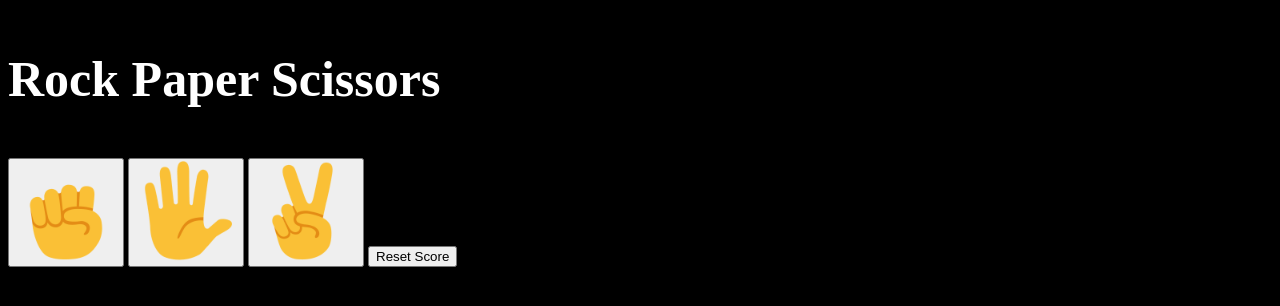
Repository: pgyunknown/Rock_paper_scissors-
Page: index.html
These files come from the project's save history. The page is drawn as it stood at one moment and after the next save; the edit follows.
The browser window is 1280 px wide. The pictures show the whole page.

Above is the page before, as saved 2024-08-30 17:01:59.

### index.html

<!DOCTYPE html>
<html>
  <head>
    <title>Rock Paper Scissors</title>
    <link rel="stylesheet" href="index.css">
  </head>
  <body>
    <p class="title">Rock Paper Scissors</p>
    <button onclick="
      playGame('rock');
    "><img src="images/rock-emoji.png" alt=""></button>

    <button onclick="
      playGame('paper');
    "><img src="images/paper-emoji.png" alt=""></button>

    <button onclick="
      playGame('scissors');
    "><img src="images/scissors-emoji.png" alt=""></button>

    <button onclick="
      score.wins = 0;
      score.losses = 0;
      score.ties = 0;
      localStorage.removeItem('score');
    ">Reset Score</button>

    <script src="index.js">

    </script>
  </body>
</html>

### index.css
body{
  background-color: black;
  color: white;
}
.title{
  font-size: 50px;
  font-weight: bold;
}

button img{
  height: 100px;
  width: 100px;
  background-color: \;
}

### index.js
      let score = JSON.parse(localStorage.getItem('score')) || {
        wins: 0,
        losses: 0,
        ties: 0
      };

      function pickComputerMove() {
        const randomNumber = Math.random();

        let computerMove = '';

        if (randomNumber >= 0 && randomNumber < 1 / 3) {
          computerMove = 'rock';
        } else if (randomNumber >= 1 / 3 && randomNumber < 2 / 3) {
          computerMove = 'paper';
        } else if (randomNumber >= 2 / 3 && randomNumber < 1) {
          computerMove = 'scissors';
      }

        return computerMove;
      }
      function playGame(playerMove) {
        const computerMove = pickComputerMove();

        let result = '';

        if (playerMove === 'scissors') {
          if (computerMove === 'rock') {
            result = 'You lose.';
          } else if (computerMove === 'paper') {
            result = 'You win.';
          } else if (computerMove === 'scissors') {
            result = 'Tie.';
          }

        } else if (playerMove === 'paper') {
          if (computerMove === 'rock') {
            result = 'You win.';
          } else if (computerMove === 'paper') {
            result = 'Tie.';
          } else if (computerMove === 'scissors') {
            result = 'You lose.';
          }

        } else if (playerMove === 'rock') {
          if (computerMove === 'rock') {
            result = 'Tie.';
          } else if (computerMove === 'paper') {
            result = 'You lose.';
          } else if (computerMove === 'scissors') {
            result = 'You win.';
          }
        }

        if (result === 'You win.') {
          score.wins += 1;
        } else if (result === 'You lose.') {
          score.losses += 1;
        } else if (result === 'Tie.') {
          score.ties += 1;
        }

        localStorage.setItem('score', JSON.stringify(score));

        alert(`You picked ${playerMove}. Computer picked ${computerMove}. ${result}
Wins: ${score.wins}, Losses: ${score.losses}, Ties: ${score.ties}`);
      }

After the next save:
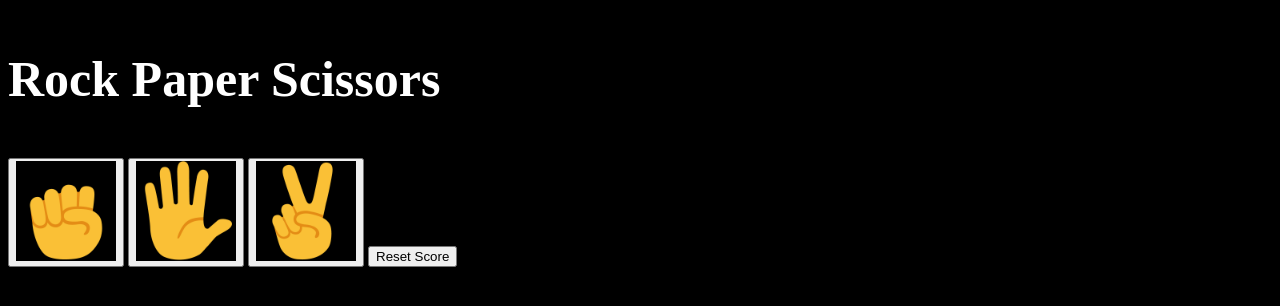
Saved 7 s later.
--- a/index.css
+++ b/index.css
@@ -10,5 +10,5 @@ body{
 button img{
   height: 100px;
   width: 100px;
-  background-color: \;
+  background-color: black
 }
